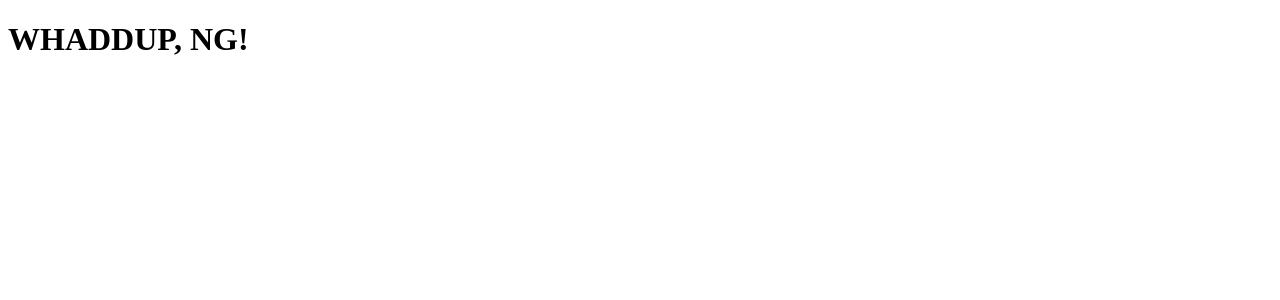
Repository: charlieactor/AngularLabs
Page: ngHandsOn/WebContent/index.html
An editor plug-in stored every save of this project. The page is shown before and after the next save, followed by the edit.
The browser window is 1280 px wide. The pictures show the whole page.
Some web libraries are served in a nearby version.

Above is the page before, as saved 2017-08-23 19:35:50.

After the next save:
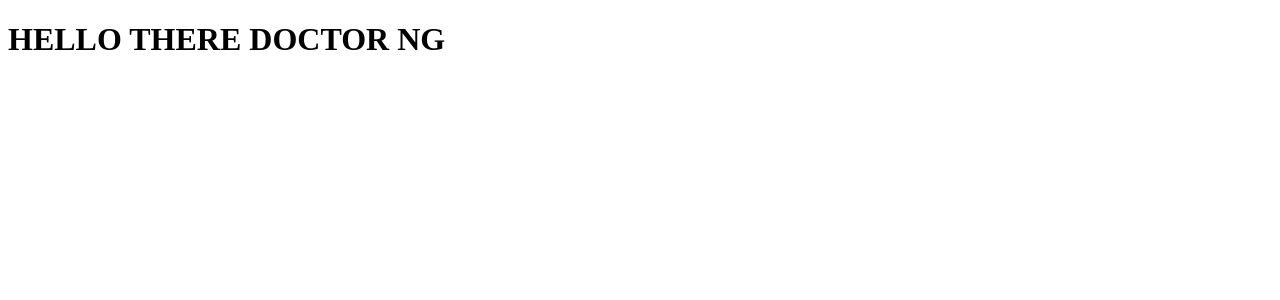
Saved 9 min 21 s later.
--- a/ngHandsOn/WebContent/index.html
+++ b/ngHandsOn/WebContent/index.html
@@ -6,7 +6,7 @@
 <script src="https://cdnjs.cloudflare.com/ajax/libs/angular.js/1.5.7/angular.min.js"></script>
 </head>
 <body>
-<h1>WHADDUP, NG!</h1>
+<h1>{{'HELLO THERE DOCTOR NG'}}</h1>
 
 </body>
 </html>
